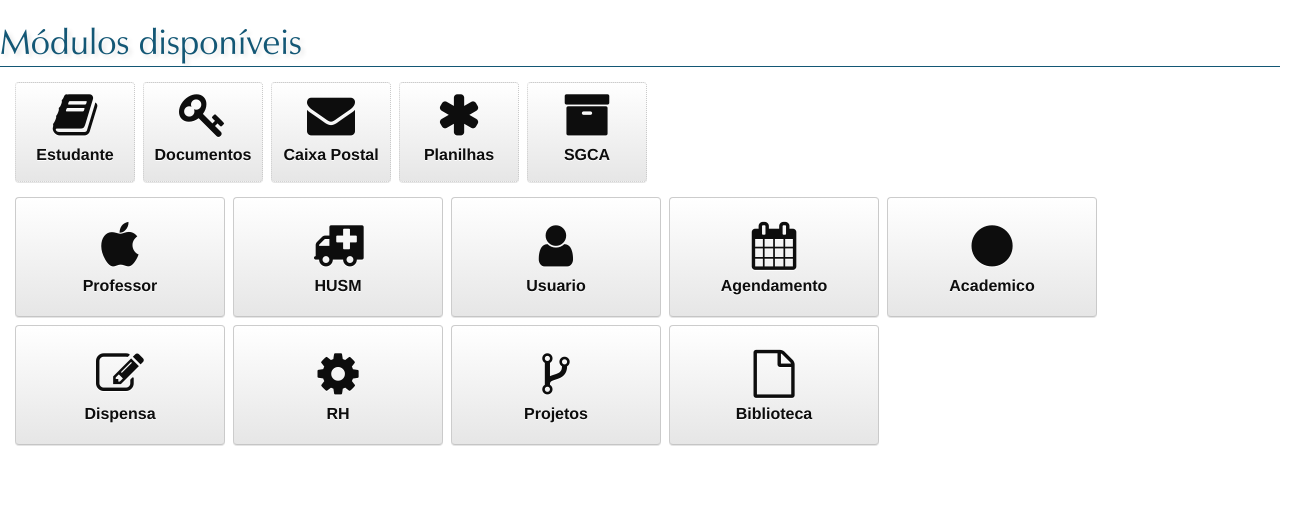
Repository: evertonagilar/study
Page: css/css-notificacao-dialog/index.html
These files come from the project's save history. The page is drawn as it stood at one moment and after the next save; the edit follows.
The browser window is 1280 px wide. The page is 1295 px wide, so the pictures cover 1295 px, including what lies to the right of the window. The pictures show the whole page.

Above is the page before, as saved 2023-09-11 20:20:43.

After the next save:
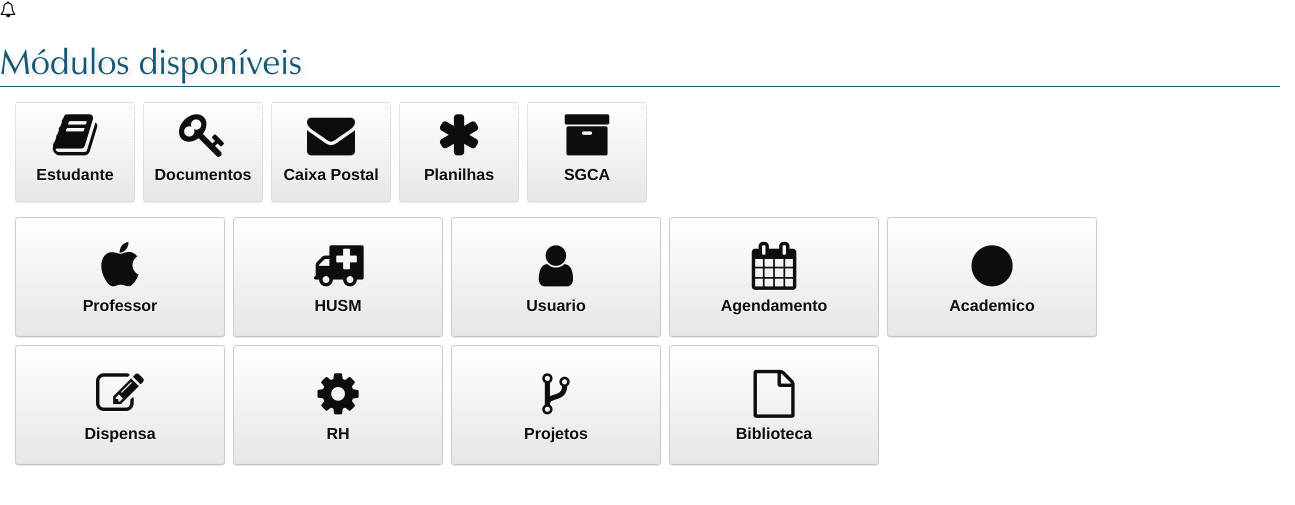
Saved 6 s later.
--- a/css/css-notificacao-dialog/index.html
+++ b/css/css-notificacao-dialog/index.html
@@ -10,7 +10,7 @@
 </head>
 
 <body>
-    <span class="dashboard-notificacoes icon-icon">
+    <span class="dashboard-notificacoes icon-bell">
 
     </span>
 
